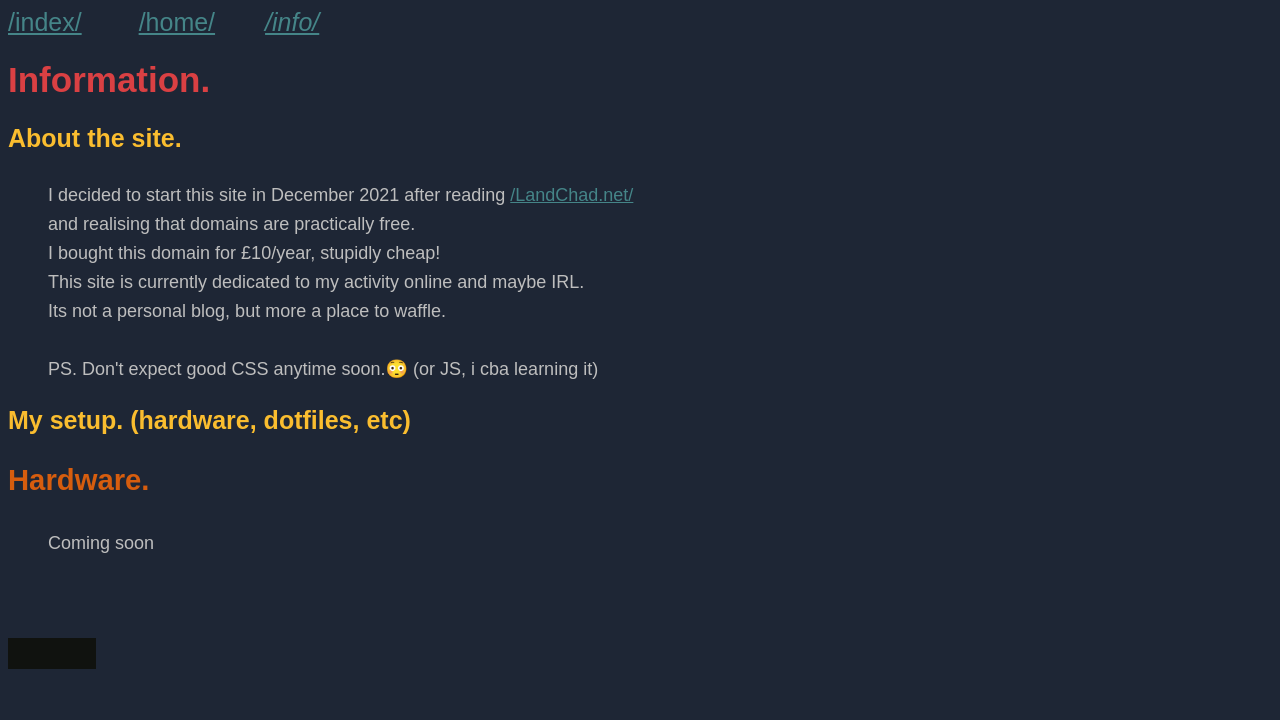
Repository: KieranCrossland/kierancrosslandxyz
Page: info.html
The author's editor kept a copy of each file at every save. The page is drawn from the files as they stood at one save, then again after the next save.
The browser window is 1280 px wide. The pictures show the whole page.

Above is the page before, as saved 2022-06-19 01:49:22.

After the next save:
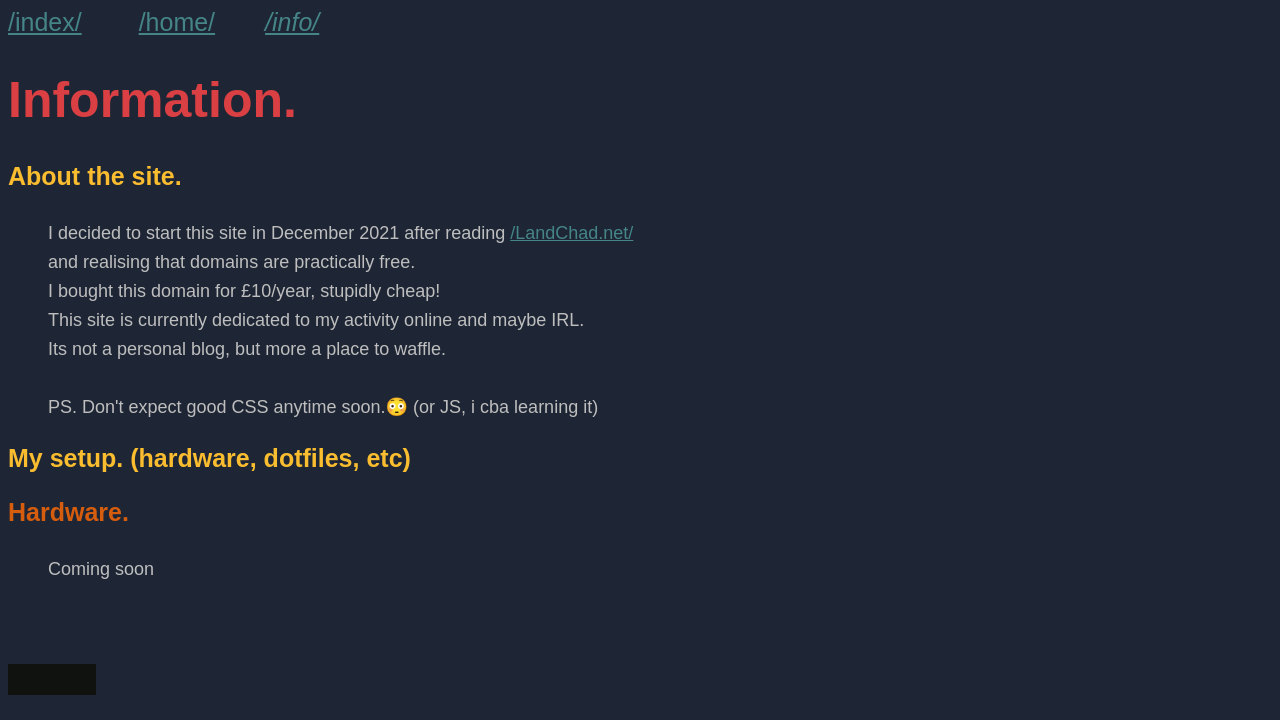
Saved 24 s later.
--- a/info.html
+++ b/info.html
@@ -50,6 +50,8 @@
   h2 {
     font-size: 25px;
 }
+h3 {
+    font-size: 25px;
 h1 {
     color: #DA4043;
     font-size: 35px
